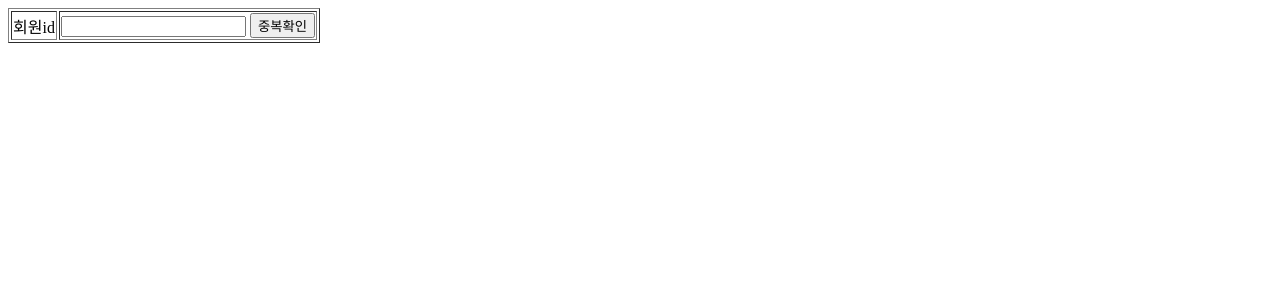
Repository: quswjdals1/highjava
Page: http://localhost/webMemberTest/member/memberAdd.jsp
An editor plug-in stored every save of this project. The page is shown before and after the next save, followed by the edit.
The browser window is 1280 px wide. The pictures show the whole page.
The page is served by Tomcat 9. Other server files are loaded and not shown.

Above is the page before, as saved 2023-04-05 03:17:43.

### webMemberTest/src/main/webapp/member/memberAdd.jsp
<%@ page language="java" contentType="text/html; charset=UTF-8"
    pageEncoding="UTF-8"%>
<!DOCTYPE html>
<html>
<head>
<meta charset="UTF-8">
<title>Insert title here</title>
</head>
<body>
<form action="">
	<table border="1">
		<tr>
			<td>
				회원id
			</td>
			<td>
				<input type="text" name="id">
				<button type="button">중복확인</button>
			</td>
		</tr>
	</table>
</form>

</body>
</html>

After the next save:
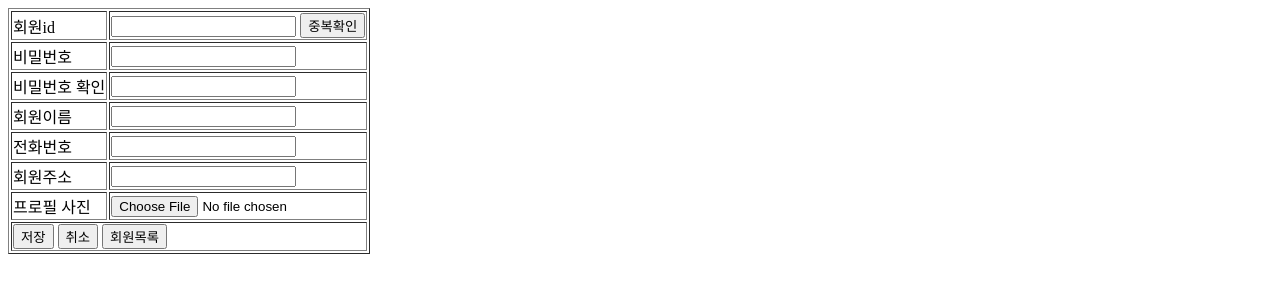
Saved 2 min 52 s later.
--- a/webMemberTest/src/main/webapp/member/memberAdd.jsp
+++ b/webMemberTest/src/main/webapp/member/memberAdd.jsp
@@ -18,6 +18,62 @@
 				<button type="button">중복확인</button>
 			</td>
 		</tr>
+		<tr>
+			<td>
+				비밀번호
+			</td>
+			<td>
+				<input type="text" name="pw">
+			</td>
+		</tr>
+		<tr>
+			<td>
+				비밀번호 확인
+			</td>
+			<td>
+				<input type="text" name="pwc">
+			</td>
+		</tr>
+		<tr>
+			<td>
+				회원이름
+			</td>
+			<td>
+				<input type="text" name="name">
+			</td>
+		</tr>
+		<tr>
+			<td>
+				전화번호
+			</td>
+			<td>
+				<input type="text" name="tel">
+			</td>
+		</tr>
+		<tr>
+			<td>
+				회원주소
+			</td>
+			<td>
+				<input type="text" name="add">
+			</td>
+		</tr>
+
+		<tr>
+			<td>
+				프로필 사진
+			</td>
+			<td>
+				<input type="file" name="file">
+			</td>
+		</tr>
+		<tr>
+			<td colspan="2">
+				<input type="button" id="save" value="저장">
+				<input type="button" id="cancle" value="취소">
+				<input type="button" id="back" value="회원목록">
+			</td>
+		</tr>
 	</table>
 </form>
 
